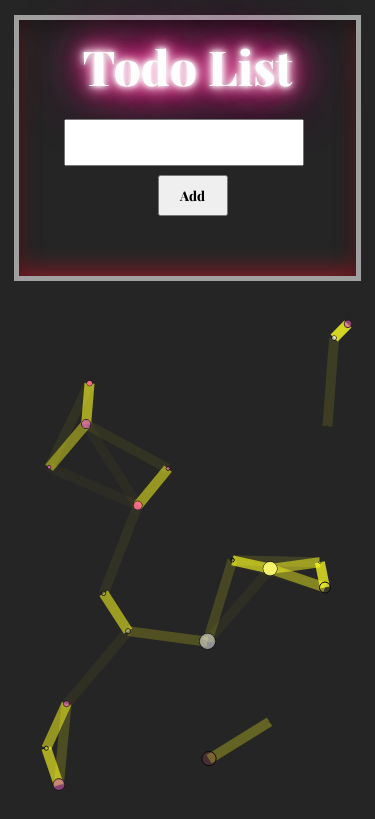
Repository: TENSAEA/----todo
Page: index.html
The author's editor kept a copy of each file at every save. The page is drawn from the files as they stood at one save, then again after the next save.
The browser window is 375 px wide. The pictures show the whole page.
Some web fonts or font styles are not loaded; a fallback is used.

Above is the page before, as saved 2023-10-25 14:28:00.

### index.html
<!DOCTYPE html>
<html lang="en">
  <head>
    <meta charset="UTF-8" />
    <meta name="viewport" content="width=device-width, initial-scale=1.0" />
    <title>TodoList</title>
    <link rel="stylesheet" href="style.css" />
  </head>
  <body>
    <div id="particle">
      <div class="container">
        <h1>Todo List</h1>
        <br />
        <div class="header">
          <form class="form">
            <input type="text" id="add" />
            <label for="add"><button id="addBtn">Add</button></label>
          </form>
        </div>
        <div class="list-div">
          <!-- <div class="list-hide">
          <ul class="list">
            <li>
              <input class="list-text" type="text" id="edit" readonly />
              <label for="edit">
                <button class="edit">Edit</button
                ><button class="delete">Delete</button>
              </label>
            </li>
          </ul>
        </div> -->
        </div>
      </div>
    </div>
    <script src="particles.js"></script>
    <script src="https://cdn.jsdelivr.net/npm/particles.js@2.0.0/particles.min.js"></script>
    <script src="script.js"></script>
  </body>
</html>

### style.css
@import url('https://fonts.googleapis.com/css2?family=Bungee+Spice&family=Playfair+Display:wght@800&display=swap');

*{
   box-sizing:border-box;
   margin:0;
   padding:0;
   font-family: 'Bungee Spice', sans-serif;
font-family: 'Playfair Display', serif;}
body{
    background-color: #252525;
}

#particle{
    position: absolute;
      top: 0;
      left: 0;
      width: 100%;
      height: 65%;
      z-index: 2;

}

.container{
    -webkit-box-shadow: 0px 0px 0px 5px #A0A0A0, inset 0px 10px 27px -8px #141414, inset 0px -10px 27px -8px #A31925, 5px 5px 15px 5px rgba(0,0,0,0);
box-shadow: 0px 0px 0px 5px #A0A0A0, inset 0px 10px 27px -8px #141414, inset 0px -10px 27px -8px #A31925, 5px 5px 15px 5px rgba(0,0,0,0);
    display: flex;
    flex-direction: column;
    padding: 5%;
    margin:5%;
    margin-top:20px;
}

.container h1{
    margin-top:-5px;
    font-size:3em;
    text-align:center;
    color: #FFFFFF;
text-shadow: #FFF 0px 0px 5px, #FFF 0px 0px 10px, #FFF 0px 0px 15px, #FF2D95 0px 0px 20px, #FF2D95 0px 0px 30px, #FF2D95 0px 0px 40px, #FF2D95 0px 0px 50px, #FF2D95 0px 0px 75px;
color: #FFFFFF;


}

.header{
    padding-bottom: 2em;
}

#add{
    padding: 1em;
    width:80%;
    margin-left:2em;
}
.form label button{
    padding:1em;
    width:5em;
    margin-left:10px;
    cursor: pointer;
}

.list{
    padding-bottom: 20px;
}

.list li{
    list-style-type: none;
}

.list-div .list li .list-text{
    padding: 1em;
    width:60%;
    margin-left:60px;
}
.edit,.delete{
    padding:1em;
    width:70px;
    margin-left:10px;
    cursor: pointer;
}

@media (max-width:636px){
    .form label button{
        padding:10px;
        width:70px;
        margin:3% 40%;
        cursor: pointer;
    }
    .edit,.delete{
        padding:10px;
        width:70px;
        margin:2% 38%;
        cursor: pointer;
    }
    }

### particles.js
var config = {
  particles: {
    number: {
      value: 150,

      density: {
        enable: true,
        value_area: 786,
      },
    },
    color: {
      value: ["#ffffff", "#FF6F91", "#F9F871", "#D65DB1"],
    },
    shape: {
      type: "circle",
      stroke: {
        width: 1,
        color: "#000000",
      },
      polygon: {
        nb_sides: 12,
      },
      image: {
        src: "",
        width: 100,
        height: 100,
      },
    },
    opacity: {
      value: 1,
      random: true,
      anim: {
        enable: true,
        speed: 1,
        opacity_min: 0,
        sync: false,
      },
    },
    size: {
      value: 10,
      random: true,
      anim: {
        enable: true,
        speed: 3,
        size_min: 0.3,
        sync: false,
      },
    },
    line_linked: {
      enable: true,
      distance: 100,
      color: "#ff2",
      opacity: 1,
      width: 10,
    },
    move: {
      enable: true,
      speed: 1.3,
      direction: "top",
      random: true,
      straight: true,
      out_mode: "out",
      bounce: false,
      attract: {
        enable: true,
        rotateX: 2082.2488,
        rotateY: 3363.6328,
      },
    },
  },
  interactivity: {
    detect_on: "canvas",
    events: {
      onhover: {
        enable: true,
        mode: "grab",
      },
      onclick: {
        enable: true,
        mode: "repulse",
      },
      resize: true,
    },
    modes: {
      grab: {
        distance: 70,
        line_linked: {
          opacity: 0.5,
        },
      },
      bubble: {
        distance: 100,
        size: 5,
        duration: 8.598243,
        opacity: 0,
        speed: 3,
      },
      repulse: {
        distance: 150,
        duration: 0.8,
      },
      push: {
        particles_nb: 4,
      },
      remove: {
        particles_nb: 2,
      },
    },
  },
  retina_detect: true,
};

window.onload = function () {
  let clause = window.innerWidth < 768;
  config.particles.number.value = clause ? 80 : 150;
  particlesJS("particle", config);
};

### script.js
window.addEventListener("load", () => {
  let addInput = document.getElementById("add");
  let addBtn = document.getElementById("addBtn");

  addBtn.addEventListener("click", (e) => {
    e.preventDefault();
    console.log("clicked");
    let list = document.querySelector(".list-div");
    let ul = document.createElement("ul");
    ul.classList.add("list");
    let li = document.createElement("li");
    ul.appendChild(li);
    let input = document.createElement("input");
    input.classList.add("list-text");
    input.type = "text";
    input.id = "edit";
    input.setAttribute("readonly", "readonly");
    input.value = addInput.value;
    li.appendChild(input);

    let label = document.createElement("label");
    label.setAttribute("for", "edit");
    li.appendChild(label);
    let buttonOne = document.createElement("button");
    buttonOne.classList.add("edit");
    buttonOne.textContent = "Edit";
    label.appendChild(buttonOne);
    let buttonTwo = document.createElement("button");
    buttonTwo.classList.add("delete");
    buttonTwo.textContent = "Delete";
    label.appendChild(buttonTwo);

    let listHide = document.createElement("div");
    listHide.classList.add("list-hide");

    listHide.appendChild(ul);
    list.appendChild(listHide);

    buttonOne.addEventListener("click", () => {
      if (buttonOne.textContent.toLowerCase() == "edit") {
        input.removeAttribute("readonly");
        buttonOne.textContent = "Save";
        input.focus();
      } else {
        input.setAttribute("readonly", "readonly");
        buttonOne.textContent = "Edit";
      }
    });

    buttonTwo.addEventListener("click", () => {
      list.removeChild(listHide);
    });
  });
});

After the next save:
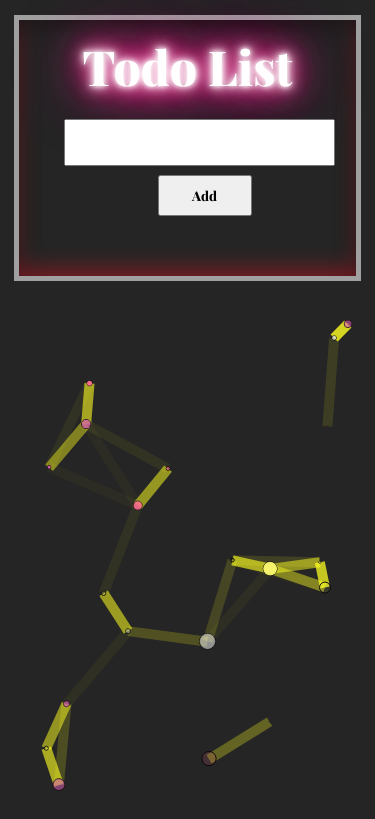
Saved 96 s later.
--- a/style.css
+++ b/style.css
@@ -78,6 +78,9 @@
 }
 
 @media (max-width:636px){
+    *{
+        box-sizing: inherit;
+    }
     .form label button{
         padding:10px;
         width:70px;

After the 3 saves that followed:
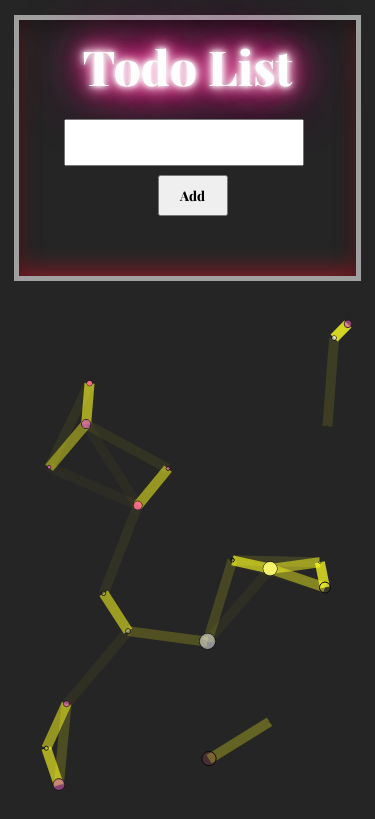
The 3 saves are shown as one change because 2 left the picture as it was.
The last was saved 2 min 19 s later.
--- a/style.css
+++ b/style.css
@@ -28,6 +28,8 @@
     padding: 5%;
     margin:5%;
     margin-top:20px;
+    flex-grow: 1;
+    flex:1;
 }
 
 .container h1{
@@ -78,9 +80,7 @@
 }
 
 @media (max-width:636px){
-    *{
-        box-sizing: inherit;
-    }
+
     .form label button{
         padding:10px;
         width:70px;
